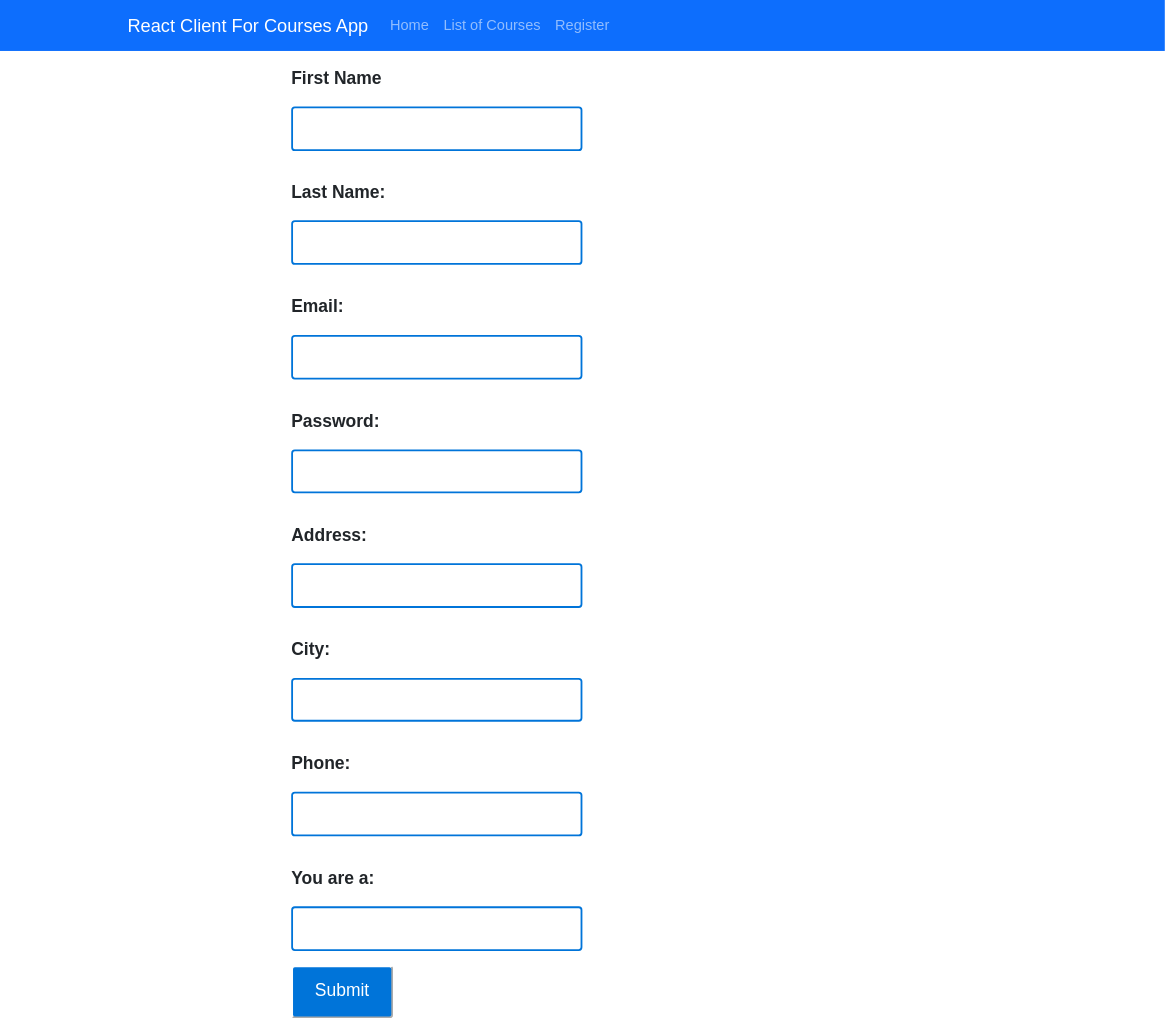
Repository: jmmunoz14/EmergingTech-GroupProject
Page: /register (app in frontend/)
These files come from the project's save history. The page is drawn as it stood at one moment and after the next save; the edit follows.
The browser window is 1280 px wide. The pictures show the whole page, at 91% of full size.
The project was rebuilt for these pictures with package versions that can differ from the ones it lists, and the page was loaded fresh each time. Also part of the build but not shown: frontend/src/components/Home.js, frontend/src/components/CourseList.js, frontend/src/components/NewCourseForm.js, frontend/src/components/EditCourse.js.

Above is the page before, as saved 2023-04-19 00:48:02.

After the next save:
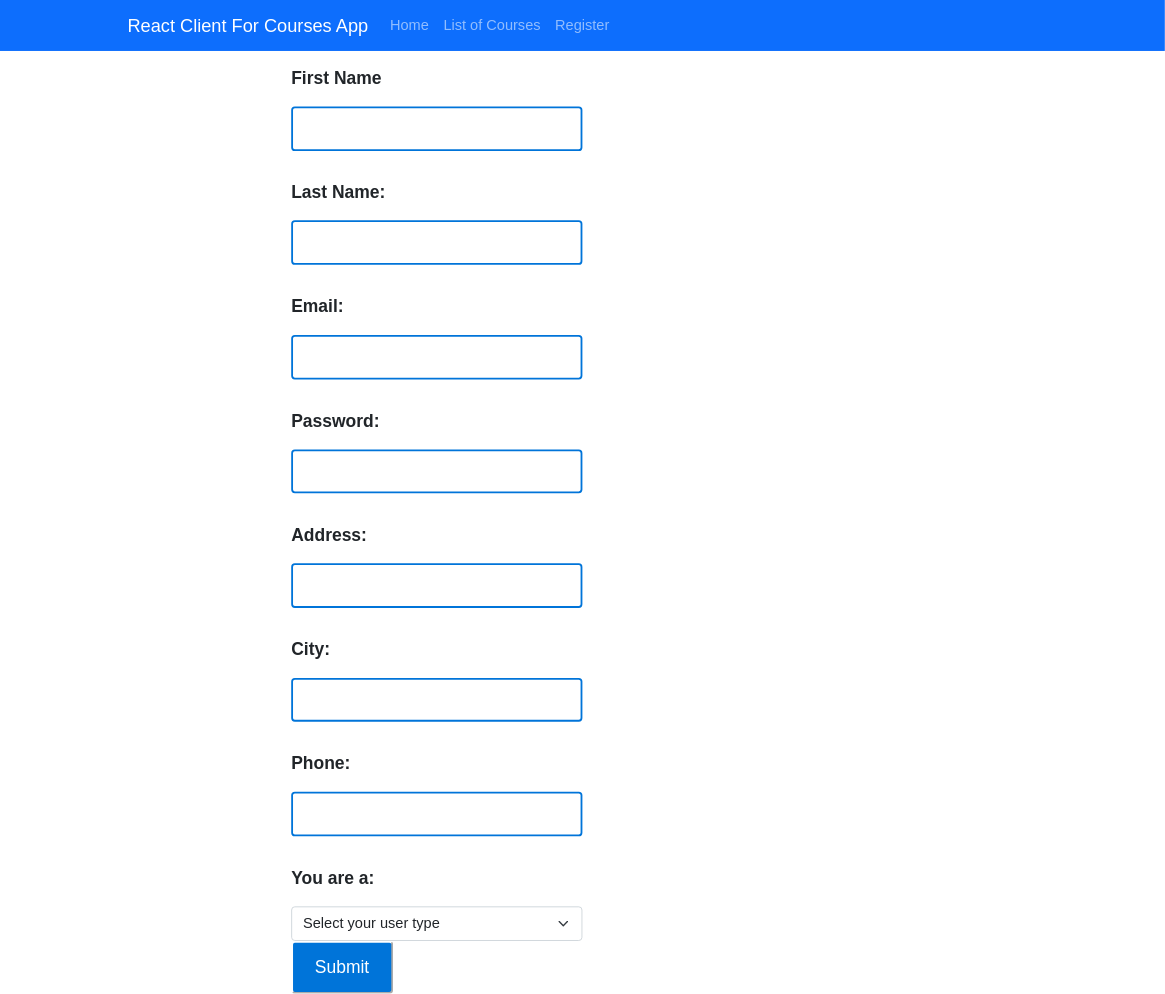
Saved 58 s later.
--- a/frontend/src/components/Register.js
+++ b/frontend/src/components/Register.js
@@ -133,17 +133,20 @@ const Register = () => {
         />
       </div>
       <div className="input-container">
-        <label className="form-label" htmlFor="usertype">
-          You are a:
-        </label>
-        <input
-          className="form-input"
-          type="text"
-          id="usertype"
-          value={usertype}
-          onChange={(e) => setUsertype(e.target.value)}
-        />
-      </div>
+  <label className="form-label" htmlFor="usertype">
+    You are a:
+  </label>
+  <select
+    className="form-select"
+    id="usertype"
+    value={usertype}
+    onChange={(e) => setUsertype(e.target.value)}
+  >
+    <option value="">Select your user type</option>
+    <option value="nurse">Nurse</option>
+    <option value="patient">Patient</option>
+  </select>
+</div>
 
 
 
